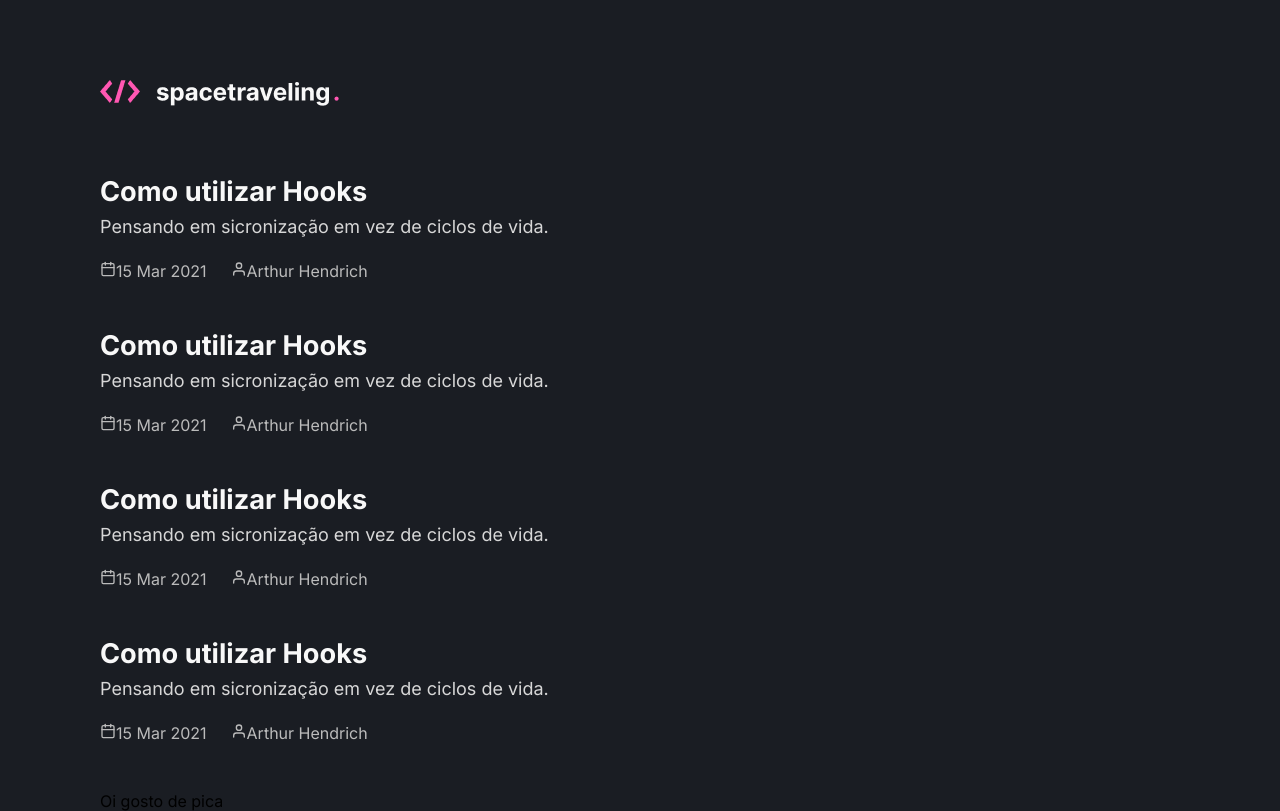
Repository: ArthurHendrich/Ignite-NextJS
Page: /
These files come from the project's save history. The page is drawn as it stood at one moment and after the next save; the edit follows.
The browser window is 1280 px wide. The pictures show the whole page.
The project was rebuilt for these pictures with package versions that can differ from the ones it lists, and the page was loaded fresh each time. The framework's server and built-in components were replaced by stand-ins that run in the browser.

Above is the page before, as saved 2022-07-09 15:47:25.

### src/pages/_document.tsx
import Document, { Head, Html, Main, NextScript } from 'next/document';

export default class MyDocument extends Document {
  render() {
    return (
      <Html>
        <Head>
          <link rel="preconnect" href="https://fonts.googleapis.com" />
          <link href="https://fonts.googleapis.com/css2?family=Inter:wght@400;600;700&display=swap" rel="stylesheet" />
        </Head>
        <body>
          <Main />
          <NextScript />
        </body>
      </Html>
    );
  }
}

### src/pages/index.tsx
import { GetStaticProps } from 'next';

import { getPrismicClient } from '../services/prismic';

import commonStyles from '../styles/common.module.scss';
import styles from './home.module.scss';
import { FiCalendar, FiUser } from 'react-icons/fi';

interface Post {
  uid?: string;
  first_publication_date: string | null;
  data: {
    title: string;
    subtitle: string;
    author: string;
  };
}

interface PostPagination {
  next_page: string;
  results: Post[];
}

interface HomeProps {
  postsPagination: PostPagination;
}

export default function Home() {
  return (
    <main className={commonStyles.Container}>
      <div className={styles.Container}>
        <h1>Como utilizar Hooks</h1>
        <p>Pensando em sicronização em vez de ciclos de vida.</p>
        <div className={styles.ContentInfo}>
          <div className={styles.Date}>
            <FiCalendar />
            <span>15 Mar 2021</span>
          </div>
          <div className={styles.Author}>
            <FiUser />
            <span>Arthur Hendrich</span>
          </div>
        </div>
        <h1>Como utilizar Hooks</h1>
        <p>Pensando em sicronização em vez de ciclos de vida.</p>
        <div className={styles.ContentInfo}>
          <div className={styles.Date}>
            <FiCalendar />
            <span>15 Mar 2021</span>
          </div>
          <div className={styles.Author}>
            <FiUser />
            <span>Arthur Hendrich</span>
          </div>
        </div>
        <h1>Como utilizar Hooks</h1>
        <p>Pensando em sicronização em vez de ciclos de vida.</p>
        <div className={styles.ContentInfo}>
          <div className={styles.Date}>
            <FiCalendar />
            <span>15 Mar 2021</span>
          </div>
          <div className={styles.Author}>
            <FiUser />
            <span>Arthur Hendrich</span>
          </div>
        </div>
        <h1>Como utilizar Hooks</h1>
        <p>Pensando em sicronização em vez de ciclos de vida.</p>
        <div className={styles.ContentInfo}>
          <div className={styles.Date}>
            <FiCalendar />
            <span>15 Mar 2021</span>
          </div>
          <div className={styles.Author}>
            <FiUser />
            <span>Arthur Hendrich</span>
          </div>
        </div>

      </div>
      Oi gosto de pica
    </main>
  );
}

// export const getStaticProps = async () => {
//   const prismic = getPrismicClient({});
//   const postsResponse = await prismic.getByType(TODO);

//   TODO
// };

### src/components/Header/index.tsx
import styles from './header.module.scss';

export default function Header() {
  return (
    <header className={styles.Container}>
        <img src="images/Logo.png" alt="logo"/>
    </header>
  )
}

### src/styles/globals.scss
* {
  box-sizing: border-box;
  margin: 0;
  padding: 0;
}

:root {
  --Highlight: #FF57B2;
  --Heading: #F8F8F8;
  --Background: #1A1D23;
  --Info: #BBBBBB;
  --Body: #D7D7D7;
}


@media (max-width: 1080px) {
  html {
    font-size: 93.75%;
  }
}

@media (max-width: 720px) {
  html {
    font-size: 87.5%;
  }
}

body{
  background: var(--Background);
}

body, input, textarea, select, button {
  font: 400 1rem 'Inter', sans-serif;
}

button {
  cursor: pointer;
}

a {
  color: inherit;
  text-decoration: none;
}

### src/styles/common.module.scss
.Container {
  max-width: 1080px;
  margin: 0 auto;
}

### src/pages/home.module.scss
.Container {
  margin-top: 4.0625rem;

  h1 {
    font-size: 1.7rem;
    color: var(--Heading);
  }

  p {
    margin-top: 0.5rem;
    font-size: 1.125rem;
    color: var(--Body);
  }

  .ContentInfo {
    display: flex;
    align-items: center;
    color: var(--Info);
    margin-top: 1.5rem;
    margin-bottom: 3rem;

    .Date {
      margin-right: 1.5rem;
    }
  }
}

### src/components/Header/header.module.scss
.Container {
  max-width: 1080px;
  margin: 0 auto;
  margin-top: 5rem;
}

Loaded but not shown: src/pages/_app.tsx (common file)

After the next save:
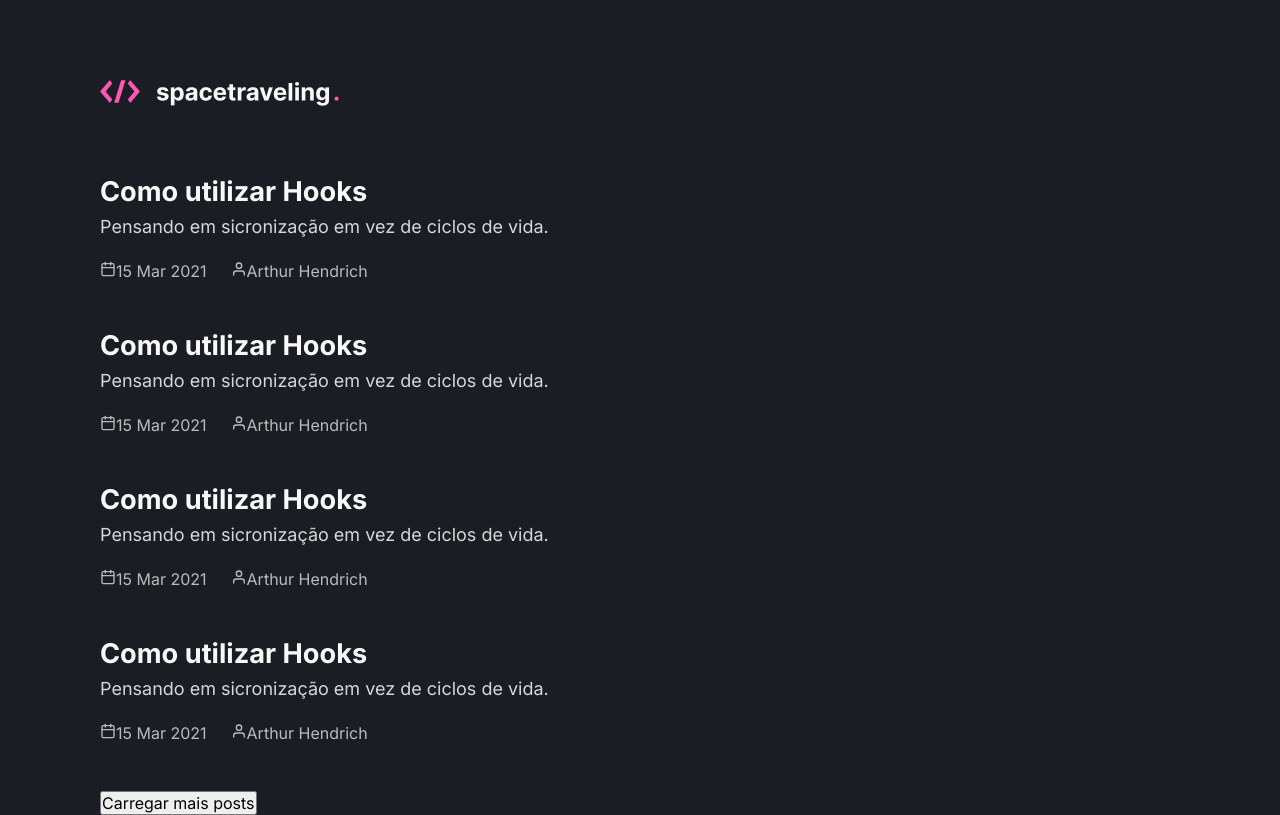
Saved 5 min 5 s later.
--- a/src/pages/index.tsx
+++ b/src/pages/index.tsx
@@ -79,7 +79,9 @@ export default function Home() {
         </div>
 
       </div>
-      Oi gosto de pica
+      <div className={styles.Button}>
+        <button>Carregar mais posts</button>
+      </div>
     </main>
   );
 }
